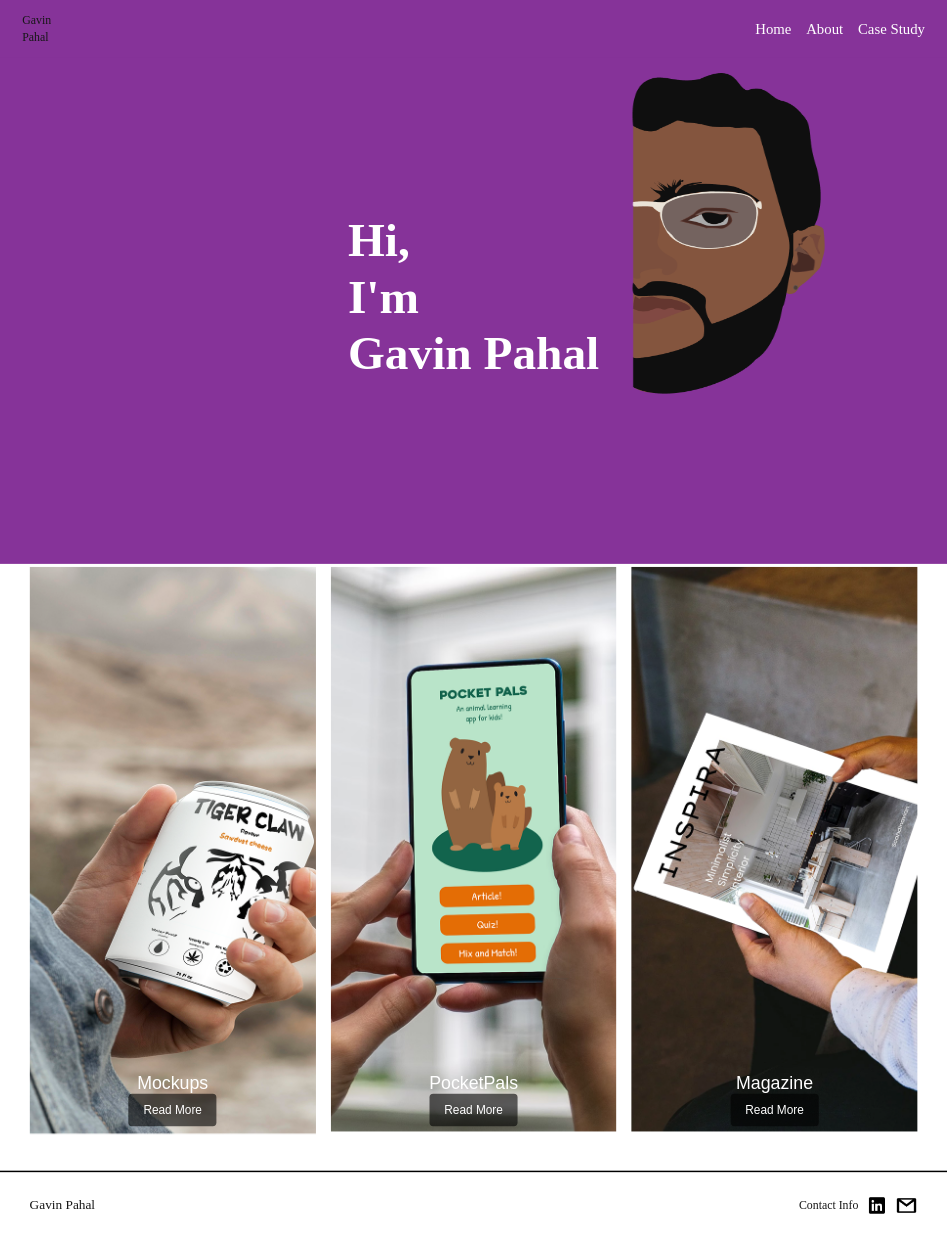
Repository: GavinPahal/portfolios
Page: /Home
These files come from the project's save history. The page is drawn as it stood at one moment and after the next save; the edit follows.
The browser window is 1280 px wide. The pictures show the whole page, at 74% of full size.
The project was rebuilt for these pictures with package versions that can differ from the ones it lists, and the page was loaded fresh each time. The framework's server and built-in components were replaced by stand-ins that run in the browser. Also part of the build but not shown: next.config.mjs, components/BackToTop/BackToTop.module.css.

Above is the page before, as saved 2025-02-06 14:02:56.

After the next save:
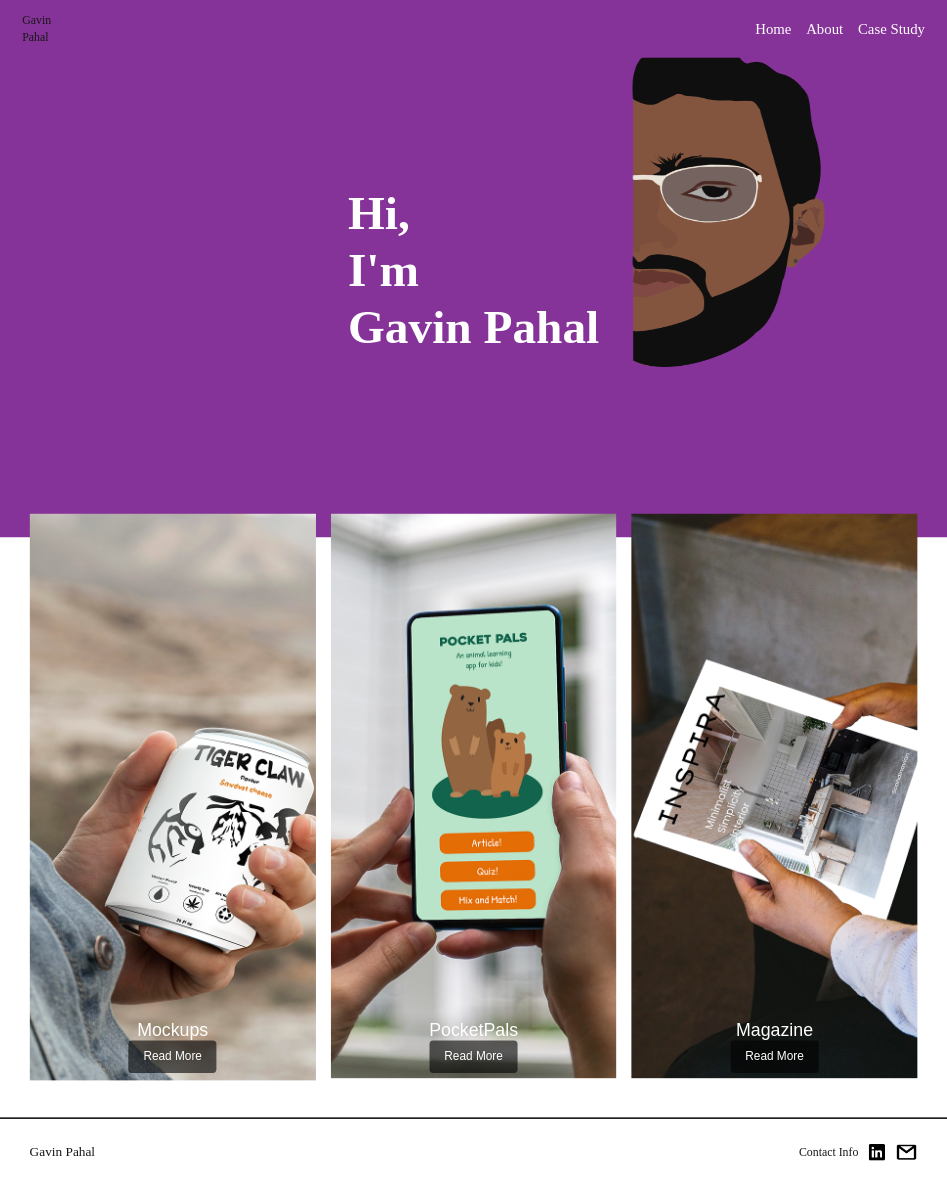
Saved 13 s later.
--- a/components/HeroSection/HeroSection.module.css
+++ b/components/HeroSection/HeroSection.module.css
@@ -1,6 +1,6 @@
 .hero {
     width: 100%;
-    height: 90vh;
+    height: 80vh;
     display: flex;
     align-items: center;
     justify-content: center;

After the save that followed:
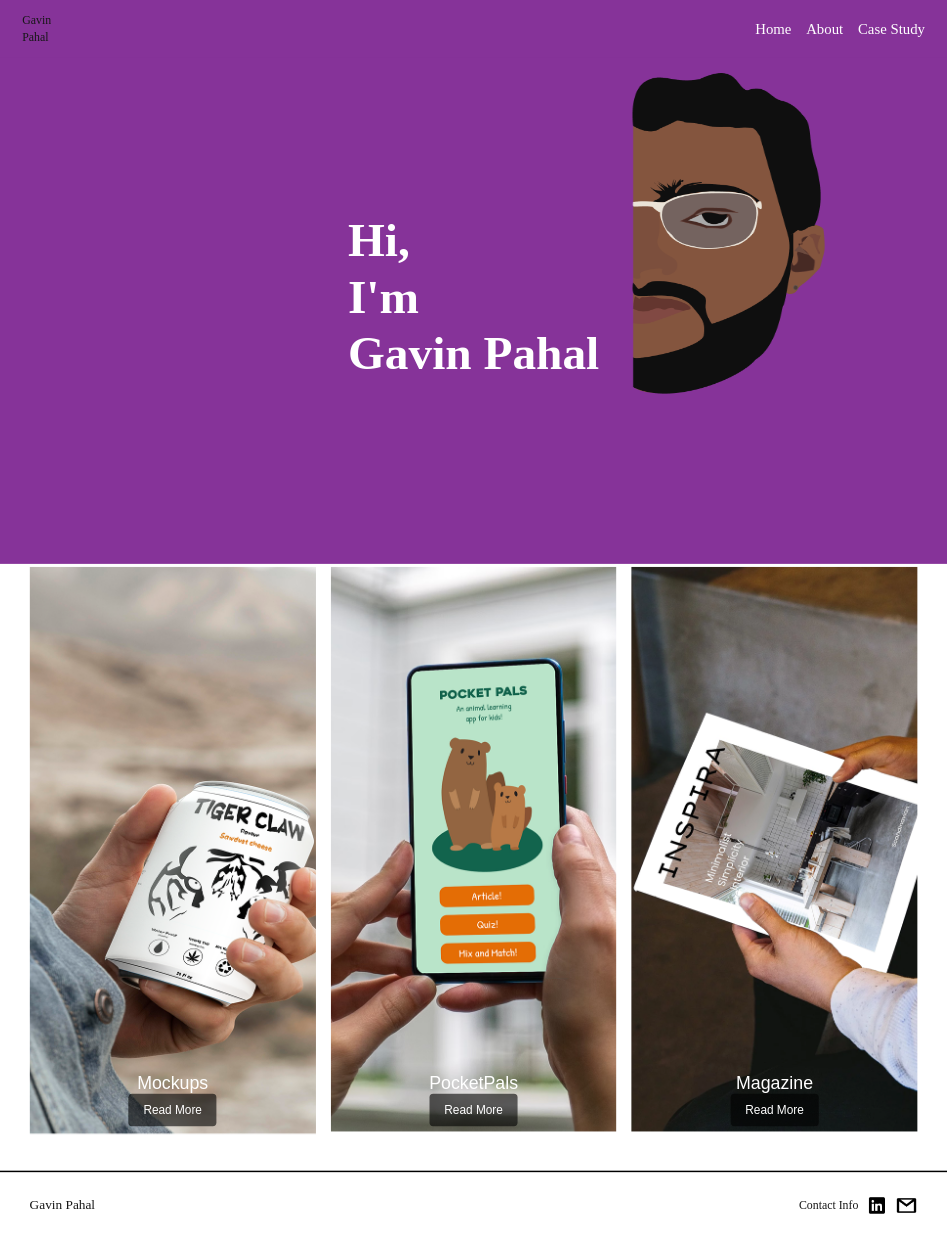
Saved 10 s later.
--- a/components/HeroSection/HeroSection.module.css
+++ b/components/HeroSection/HeroSection.module.css
@@ -1,6 +1,6 @@
 .hero {
     width: 100%;
-    height: 80vh;
+    height: 90vh;
     display: flex;
     align-items: center;
     justify-content: center;
